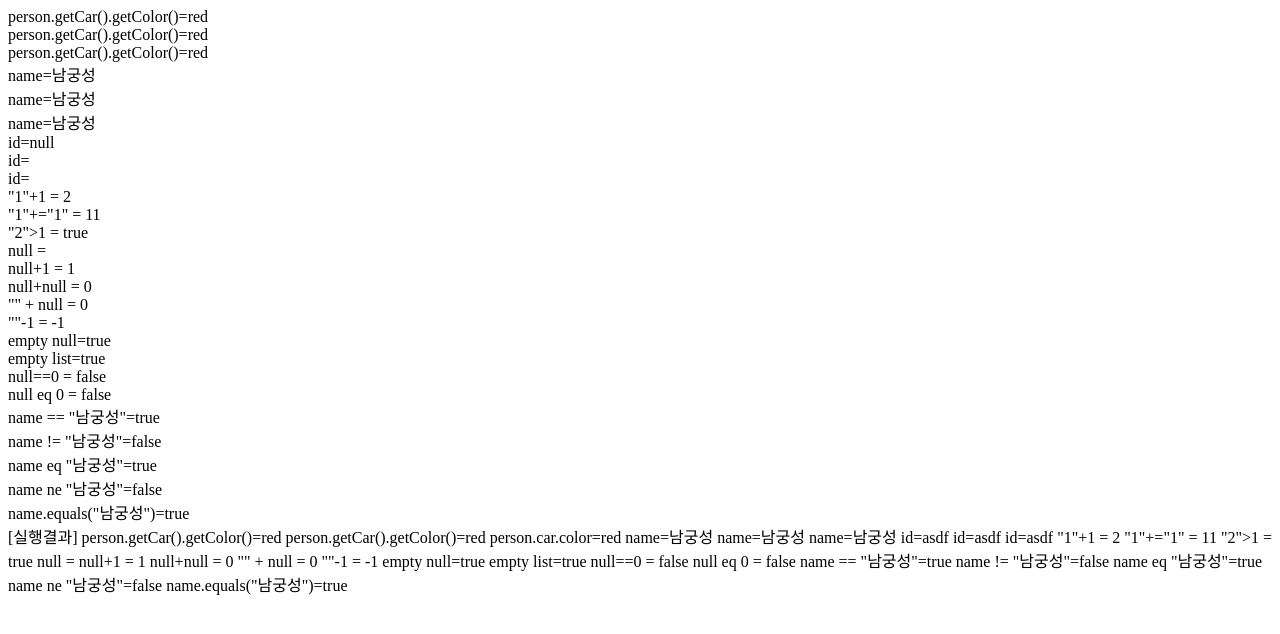
Repository: min731/Spring_Nam
Page: http://localhost/ch2/el.jsp
An editor plug-in stored every save of this project. The page is shown before and after the next save, followed by the edit.
The browser window is 1280 px wide. The pictures show the whole page.
The page is served by Tomcat 9. Nobody is signed in. The application's start-up code is not run. Other server files are loaded and not shown.

Above is the page before, as saved 2023-02-27 12:17:27.

### ch2/src/main/webapp/el.jsp
<%@ page contentType="text/html;charset=utf-8"%>
<%@ taglib prefix="c"   uri="http://java.sun.com/jsp/jstl/core"%>
<%@ taglib prefix="fmt" uri="http://java.sun.com/jsp/jstl/fmt" %>
<%@ page import="com.fastcampus.ch2.*" %>
<%
	Person person = new Person();
	request.setAttribute("person", person);
	request.setAttribute("name", "남궁성");
	request.setAttribute("list", new java.util.ArrayList());
%>
<html>
<head>
	<title>EL</title>
</head>
<body>
person.getCar().getColor()=<%=person.getCar().getColor()%> <br>
person.getCar().getColor()=${person.getCar().getColor()} <br>
person.getCar().getColor()=${person.car.color} <br>
name=<%=request.getAttribute("name")%> <br>
name=${requestScope.name} <br>
name=${name} <br>
id=<%=request.getParameter("id")%> <br>
id=${pageContext.request.getParameter(id)} <br>
id=${param.id} <br>
"1"+1 = ${"1"+1} <br>
"1"+="1" = ${"1"+="1"} <br>
"2">1 = ${"2">1} <br>
null = ${null}<br>
null+1 = ${null+1} <br>
null+null = ${null+null} <br>
"" + null = ${""+null} <br>
""-1 = ${""-1} <br>
empty null=${empty null} <br>
empty list=${empty list} <br>
null==0 = ${null==0} <br>
null eq 0 = ${null eq 0} <br>
name == "남궁성"=${name=="남궁성"} <br>
name != "남궁성"=${name!="남궁성"} <br>
name eq "남궁성"=${name eq "남궁성"} <br>
name ne "남궁성"=${name ne "남궁성"} <br>
name.equals("남궁성")=${name.equals("남궁성")} <br>
</body>
</html>

[실행결과]
person.getCar().getColor()=red
person.getCar().getColor()=red
person.car.color=red
name=남궁성
name=남궁성
name=남궁성
id=asdf
id=asdf
id=asdf
"1"+1 = 2
"1"+="1" = 11
"2">1 = true
null =
null+1 = 1
null+null = 0
"" + null = 0
""-1 = -1
empty null=true
empty list=true
null==0 = false
null eq 0 = false
name == "남궁성"=true
name != "남궁성"=false
name eq "남궁성"=true
name ne "남궁성"=false
name.equals("남궁성")=true

### ch2/src/main/java/com/fastcampus/ch2/Person.java

package com.fastcampus.ch2;

public class Person {
	private Car car = new Car();
	public  Car getCar() { return car; }
}

### ch2/src/main/java/com/fastcampus/ch2/Car.java
package com.fastcampus.ch2;

public class Car    {
	private String color = "red";
	public String getColor() { return color; }
}

After the next save:
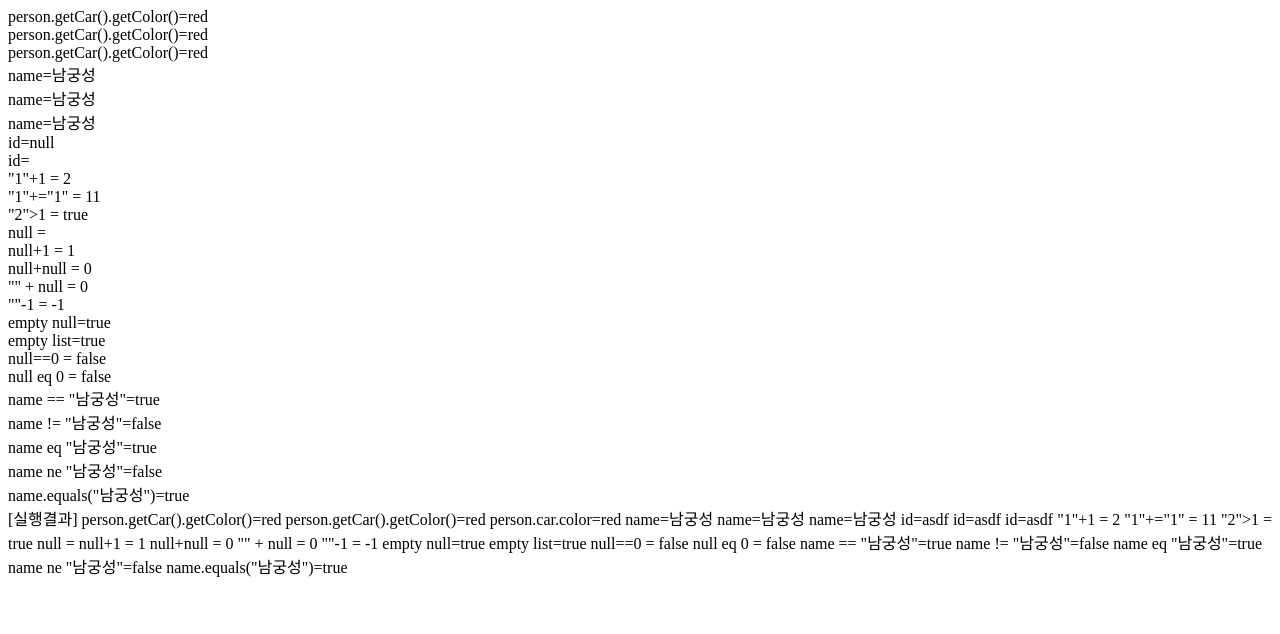
Saved 38 s later.
--- a/ch2/src/main/webapp/el.jsp
+++ b/ch2/src/main/webapp/el.jsp
@@ -20,7 +20,6 @@ name=<%=request.getAttribute("name")%> <br>
 name=${requestScope.name} <br>
 name=${name} <br>
 id=<%=request.getParameter("id")%> <br>
-id=${pageContext.request.getParameter(id)} <br>
 id=${param.id} <br>
 "1"+1 = ${"1"+1} <br>
 "1"+="1" = ${"1"+="1"} <br>
